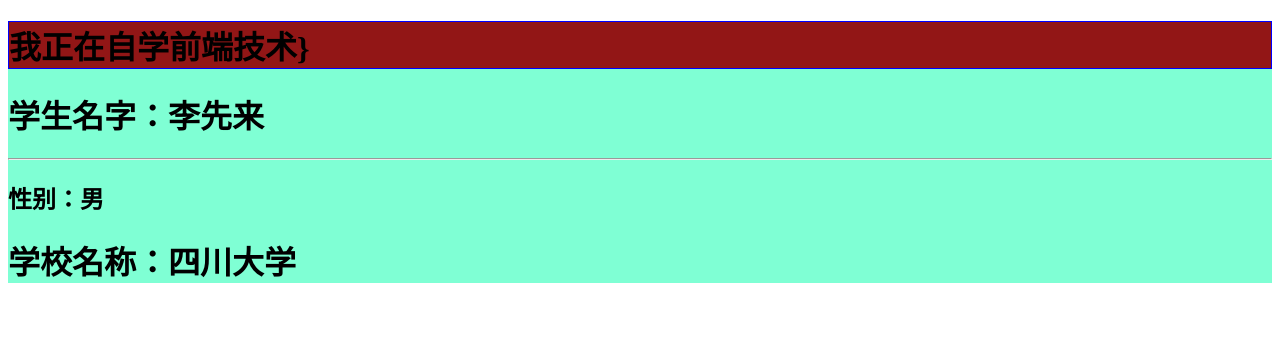
Repository: Lixianlai-2/The-journey-of-learning-Vue
Page: / (app in afterVueCli/Vue_Test/)
An editor plug-in stored every save of this project. The page is shown before and after the next save, followed by the edit.
The browser window is 1280 px wide. The pictures show the whole page.
The project was rebuilt for these pictures with package versions that can differ from the ones it lists, and the page was loaded fresh each time.

Above is the page before, as saved 2022-04-24 08:42:21.

### afterVueCli/Vue_Test/src/main.js
import Vue from "vue";
import App from "./App.vue";

// 关闭生产模式提醒
Vue.config.productionTip = false;

new Vue({
  render: (h) => h(App),
}).$mount("#app");

### afterVueCli/Vue_Test/src/App.vue
<template>
  <div id="app">
    <h1 class="hello">{{ msg }}}</h1>
    <student />
    <school />
  </div>
</template>

<script>
import School from "./components/school.vue";
import student from "./components/student.vue";

export default {
  name: "App",
  components: {
    student,
    School,
  },
  data() {
    return {
      msg: "我正在自学前端技术",
    };
  },
};
</script>

<style lang="less">
#app {
  background-color: aquamarine;
  .hello {
    border: 1px solid blue;
    background-color: rgb(146, 22, 22);
  }
}
</style>

### afterVueCli/Vue_Test/src/components/school.vue
<template>
  <div>
    <h1>学校名称：{{ name }}</h1>
    <!-- <button @click="showName">点击弹出学生名字</button> -->
  </div>
</template>

<script>
export default {
  data() {
    return {
      name: "四川大学",
    };
  },
};
</script>

<style></style>

### afterVueCli/Vue_Test/src/components/student.vue
<template>
  <div>
    <h1>学生名字：{{ name }}</h1>
    <hr />
    <h2>性别：{{ gender }}</h2>
  </div>
</template>

<script>
export default {
  data() {
    return {
      name: "李先来",
      gender: "男",
    };
  },
};
</script>

<style></style>

Loaded but not shown: afterVueCli/Vue_Test/public/index.html (common file)

After the next save:
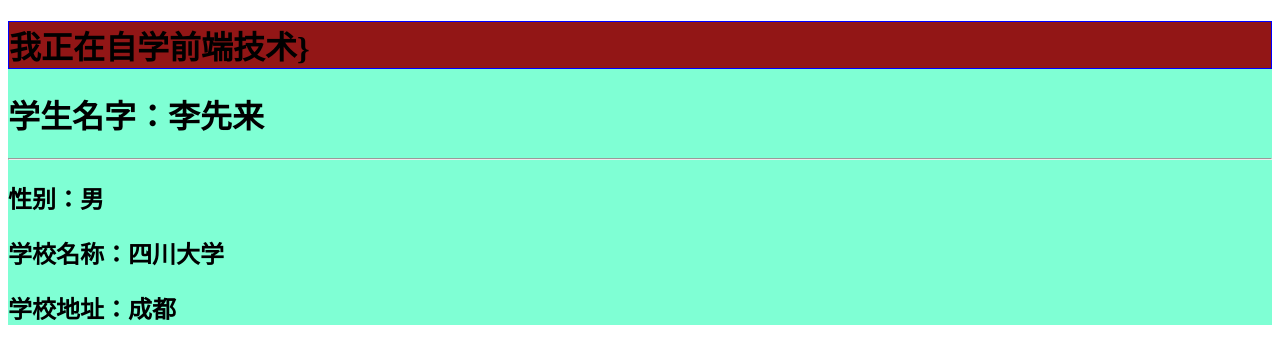
Saved 2 min 3 s later.
--- a/afterVueCli/Vue_Test/src/components/school.vue
+++ b/afterVueCli/Vue_Test/src/components/school.vue
@@ -1,6 +1,7 @@
 <template>
-  <div>
-    <h1>学校名称：{{ name }}</h1>
+  <div class="school">
+    <h2>学校名称：{{ name }}</h2>
+    <h2>学校地址：{{ address }}</h2>
     <!-- <button @click="showName">点击弹出学生名字</button> -->
   </div>
 </template>
@@ -10,6 +11,7 @@ export default {
   data() {
     return {
       name: "四川大学",
+      address: "成都",
     };
   },
 };
